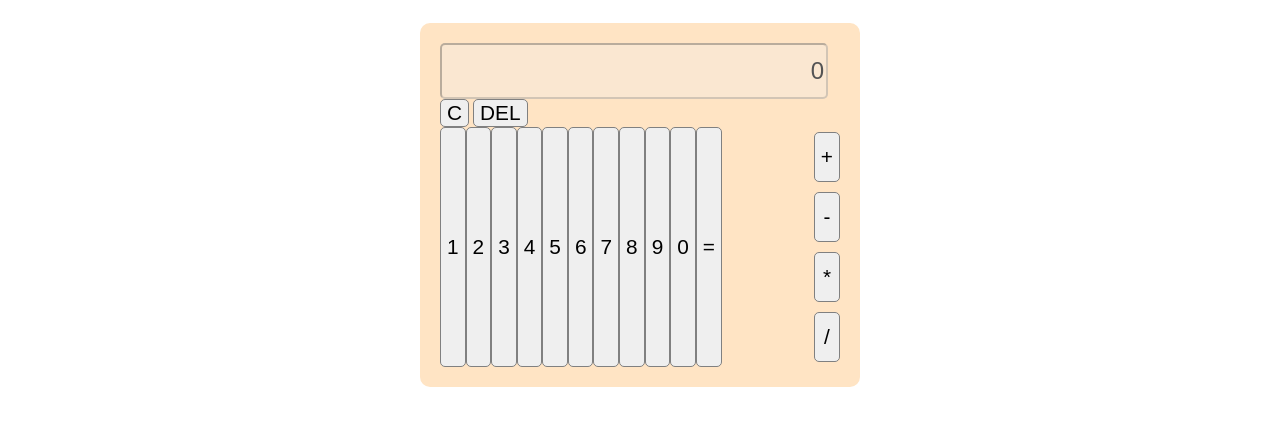
Repository: jaskeat/Calculator
Page: index.html
These files come from the project's save history. The page is drawn as it stood at one moment and after the next save; the edit follows.
The browser window is 1280 px wide. The pictures show the whole page.

Above is the page before, as saved 2024-09-05 13:16:16.

After the next save:
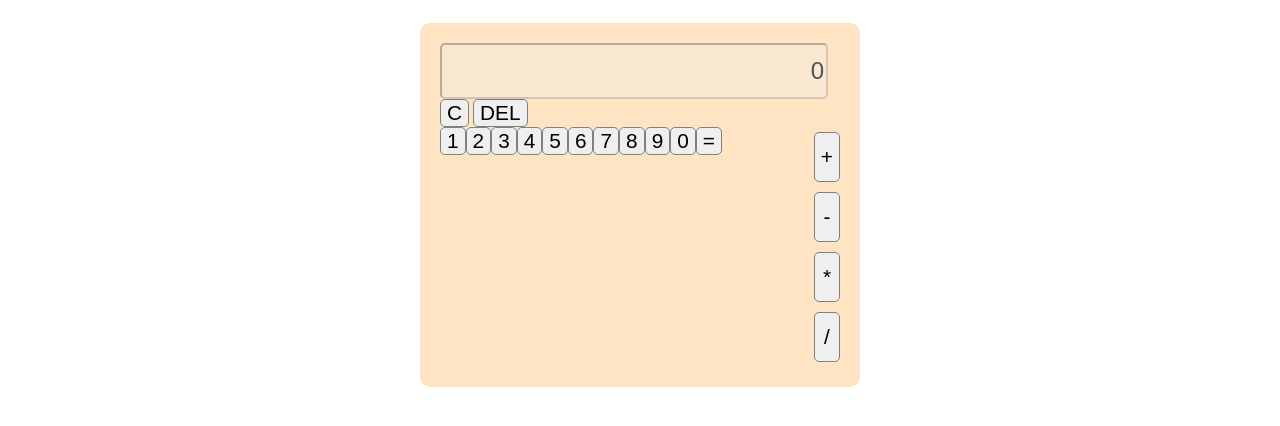
Saved 5 s later.
--- a/style.css
+++ b/style.css
@@ -43,6 +43,7 @@ input {
 .numbers {
 	display: flex;
 	flex-wrap: wrap;
+	height: 1px;
 }
 .buttons {
 	display: flex;
